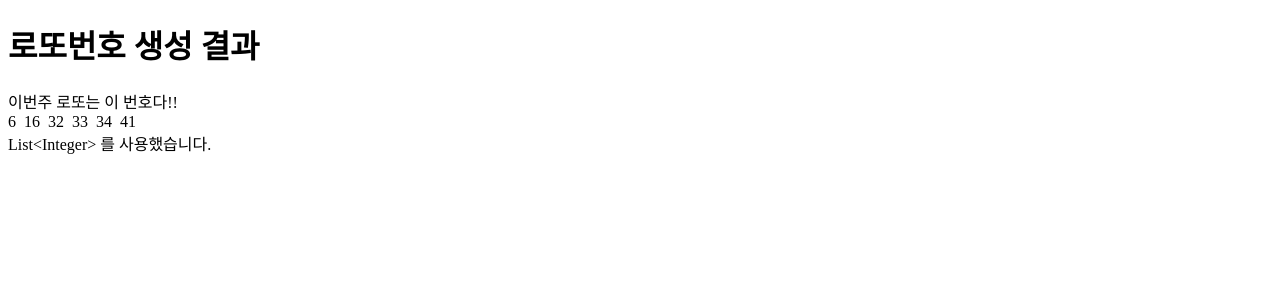
Repository: jjjjjjji-hun/jsp_practice
Page: http://localhost/JSPBasic/jspTag/TagQ03.jsp
An editor plug-in stored every save of this project. The page is shown before and after the next save, followed by the edit.
The browser window is 1280 px wide. The pictures show the whole page.
The page is served by Tomcat 9.

Above is the page before, as saved 2022-02-03 01:30:41.

### JSPBasic/src/main/webapp/jspTag/TagQ03.jsp
<%@ page import="java.util.*" %>
<%@ page language="java" contentType="text/html; charset=UTF-8"
    pageEncoding="UTF-8"%>
<!DOCTYPE html>
<html>
<head>
<meta charset="UTF-8">
<title>Insert title here</title>
</head>
<body>
<%
	List<Integer> lotto = new ArrayList<>();
	while(true) {
		int rn = (int)(Math.random() * 45) + 1;
		// contains(): 리스트 내부에 해당 객체가 존재하면 true를 리턴
		if(!lotto.contains(rn)){
			lotto.add(rn);
		}
		if(lotto.size() == 6){
			break;
		}
	}
	// 리스트의 오름차 정렬방법
	Collections.sort(lotto);
%>
<h1>로또번호 생성 결과</h1>
<p>
	이번주 로또는 이 번호다!!<br>
	<%
	for(Integer num : lotto){
		out.println(num + "&nbsp;");
		Thread.sleep(700); //CPU를 잠시 멈추는 메서드
		out.flush(); // 브라우저의 출력 버퍼를 비우는 메서드
		}
	%>
	<br/>
	List&lt;Integer&gt; 를 사용했습니다.
</p>
</body>
</html>

After the next save:
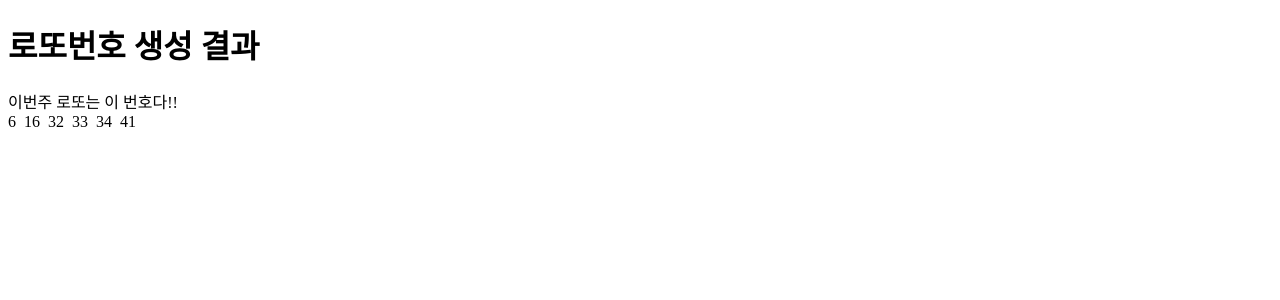
Saved 33 s later.
--- a/JSPBasic/src/main/webapp/jspTag/TagQ03.jsp
+++ b/JSPBasic/src/main/webapp/jspTag/TagQ03.jsp
@@ -25,7 +25,7 @@
 %>
 <h1>로또번호 생성 결과</h1>
 <p>
-	이번주 로또는 이 번호다!!<br>
+	이번주 로또는 이 번호다!!<br/>
 	<%
 	for(Integer num : lotto){
 		out.println(num + "&nbsp;");
@@ -34,7 +34,7 @@
 		}
 	%>
 	<br/>
-	List&lt;Integer&gt; 를 사용했습니다.
+	<!-- List&lt;Integer&gt; 를 사용했습니다. -->
 </p>
 </body>
 </html>
